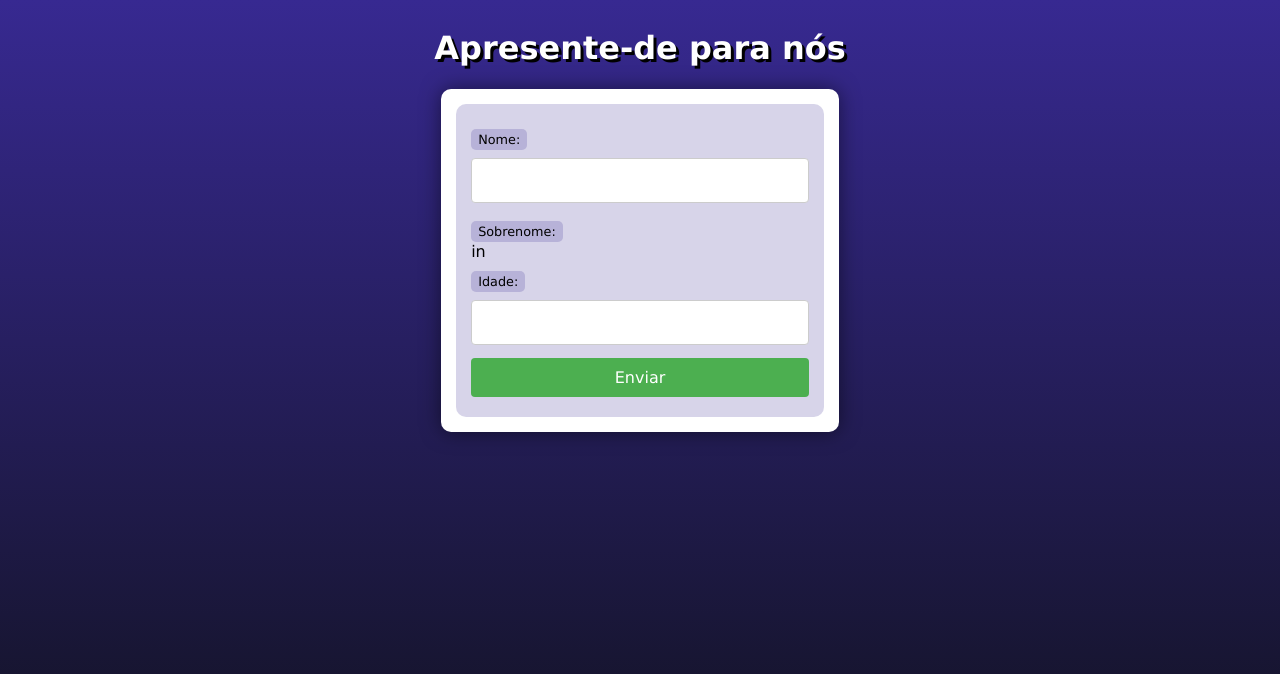
Repository: lcampagnaro/cursophp
Page: ex_form_php/Index.html
These files come from the project's save history. The page is drawn as it stood at one moment and after the next save; the edit follows.
The browser window is 1280 px wide. The pictures show the whole page.

Above is the page before, as saved 2023-08-29 14:13:20.

### ex_form_php/Index.html
<!DOCTYPE html>
<html lang="pt-br">
<head>
    <meta charset="UTF-8">
    <meta name="viewport" content="width=device-width, initial-scale=1.0">
    <title>Interação de Formulário PHP</title>
    <link rel="stylesheet" href="style.css">
</head>
<body>
    <header>
        <h1>Apresente-de para nós</h1>
    </header>
    <section>
        <form action="cad.php" method="get">
            <label for="nome">Nome:</label>
            <input type="text" name="nome" id="nome">
            <label for="sobrenome">Sobrenome:</label>
            in
            <label for="idade">Idade:</label>
            <input type="number" name="idade" id="ididade">
            <input type="submit" value="Enviar">
        </form>

    </section>

</body>
</html>

### ex_form_php/style.css
@charset "UTF-8";

* {
    font-family: Verdana, Geneva, Tahoma, sans-serif;
    box-sizing: border-box;
}

/* ELEMENTOS DA INTERFACE */

body {
    background-color: #15142b;
    background-image: linear-gradient(180deg, #372991, #15142b);
    background-repeat: no-repeat;
    background-position: center center;
    background-size: cover;
    background-attachment: fixed;

    display: flex;
    flex-direction: column;
    flex-wrap: nowrap;
    justify-content: center;
    align-items: center;
}

header, main, section, article {
    max-width: 700px;
}

header > h1 {
    color: white;
    text-shadow: 3px 3px 0px black;
}

main, section, article {
    background-color: white;
    padding: 15px;
    margin-bottom: 20px;
    border-radius: 10px;
    box-shadow: 0px 0px 20px rgba(0, 0, 0, 0.502);
}

footer {
    display: block;
    width: 100vw;
    background-color: #291f6c;
    color: white;
    text-align: center;
    margin-top: auto;
    padding: 5px;
}

p {
    text-align: justify;
    line-height: 1.5em;
}

h2, h3, h4 {
    color: #372991;
    margin: 0 0 10px 0;
}

a {
    color: #15142b;
    background-color: rgba(55, 41, 145, 0.1);
    padding: 0 3px;
    font-weight: 600;
    text-decoration: none;
    border-bottom: .5px dotted #372991;
}

a:hover {
    color: #372991;
    border-bottom: 1px solid #372991;
}

/* TABELAS E LISTAS */

table {
    min-width: 400px;
    border-spacing: 0px;
    border: 0.5px solid #372991;
    margin: 10px auto;
}

table th {
    background-color: #372991;
    color: white;
    padding: 5px;
    text-align: left;
}

table td {
    padding: 5px;
}

table tr {
    background-color: rgba(55, 41, 145, 0.05);
}

table tr:nth-child(odd) {
    background-color: rgba(55, 41, 145, 0.3);
}

table.divisao {
    border: 1px solid white;
}

table.divisao td {
    background-color: white;
    padding: 20px;
    text-align: center;
    font-size: 2.5em;
}

table.divisao  tr:nth-child(1) td:nth-child(2) {
    border-bottom: 3px solid black;
    border-left: 3px solid black;
}

table.divisao tr:nth-child(2) td:nth-child(2) {
    border-left: 3px solid black;
}

table.divisao tr:nth-child(2) td:nth-child(1) {
    text-decoration: underline;
}

ul > li::marker {
    color: #372991;
}

/* ELEMENTOS DE FORMULÁRIO */

form {
    background-color: rgba(55, 41, 145, 0.2);
    padding: 15px;
    border-radius: 10px;
}

form label {
    display: block;
    width: fit-content;
    font-size: 0.8em;
    font-weight: 100;
    background-color: rgba(55, 41, 145, 0.2);
    padding: 3px 7px;
    margin-top: 10px;
    margin-bottom: 0px;
    border-radius: 5px;
}

input[type=text], [type=number], select, input[type=date], input[type=date], input[type=datetime], input[type=email], input[type=month], input[type=password], input[type=range], input[type=tel], input[type=time], input[type=week] {
    width: 100%;
    padding: 12px 20px;
    font-size: 1em;
    margin: 8px 0;
    display: inline-block;
    border: 1px solid #ccc;
    border-radius: 4px;
    box-sizing: border-box;
}

input[type=submit] {
    width: 100%;
    background-color: #4CAF50;
    font-size: 1em;
    color: white;
    padding: 10px 20px;
    margin: 5px 0;
    border: none;
    border-radius: 4px;
    cursor: pointer;
}

input[type=submit]:hover {
    background-color: #45a049;
}

input[type=reset] {
    width: 100%;
    background-color: #eb9903;
    font-size: 1em;
    color: white;
    padding: 10px 20px;
    margin: 5px 0;
    border: none;
    border-radius: 4px;
    cursor: pointer;
}

input[type=reset]:hover {
    background-color: #c27013;
}

input[type=button], button {
    width: 100%;
    background-color: #372991;
    font-size: 1em;
    color: white;
    padding: 10px 20px;
    margin: 5px 0;
    border: none;
    border-radius: 4px;
    cursor: pointer;
}

input[type=button]:hover, button:hover {
    background-color: #291f6c;
}

fieldset {
    border: 0.5px dotted #372991;
}

fieldset > legend {
    font-size: 0.8em;
    font-weight: 100;
    background-color: rgba(55, 41, 145, 0.2);
    padding: 3px 7px;
    border-radius: 5px;
}

input[type=radio] + label, input[type=checkbox] + label {
    display: inline-block;
    font-size: 1em;
    background-color: rgba(0, 0, 0, 0);
}

After the next save:
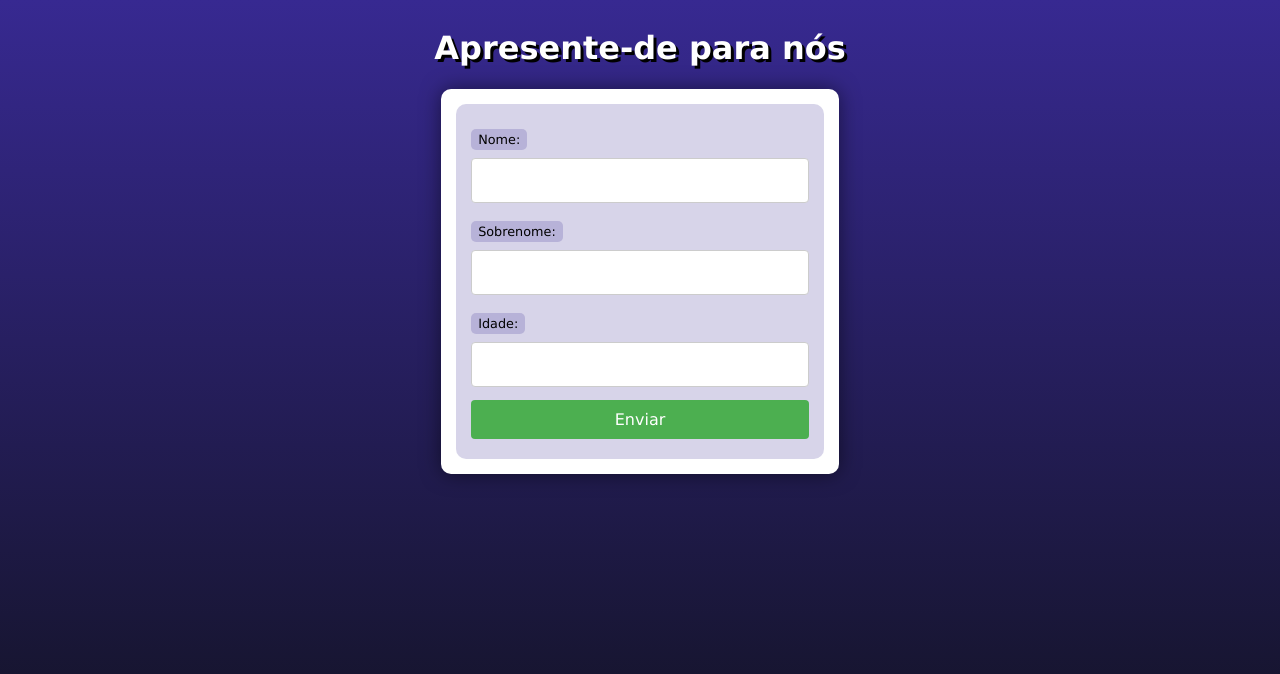
Saved 7 s later.
--- a/ex_form_php/Index.html
+++ b/ex_form_php/Index.html
@@ -15,7 +15,7 @@
             <label for="nome">Nome:</label>
             <input type="text" name="nome" id="nome">
             <label for="sobrenome">Sobrenome:</label>
-            in
+            <input type="text" name="" id="">
             <label for="idade">Idade:</label>
             <input type="number" name="idade" id="ididade">
             <input type="submit" value="Enviar">
